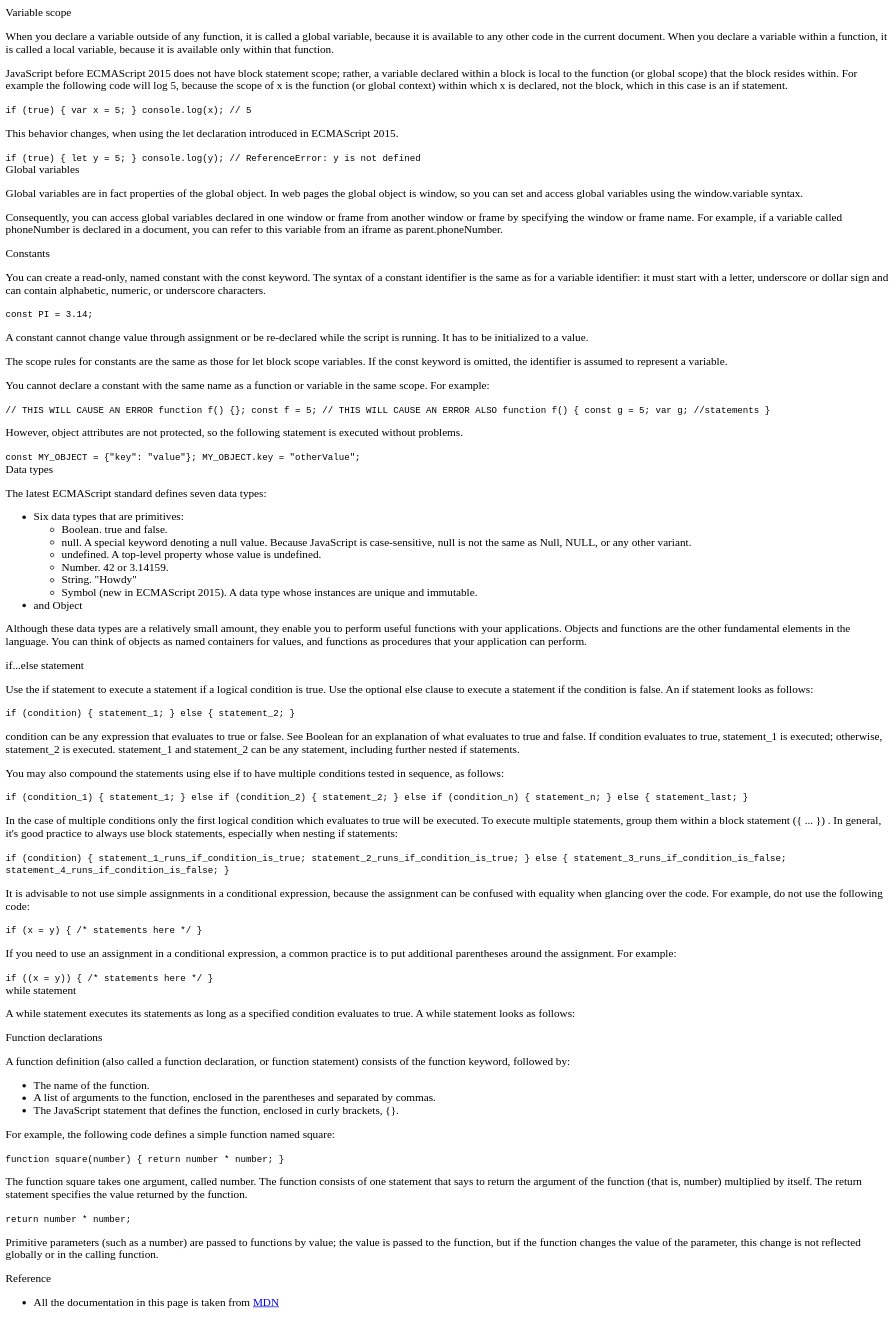
Repository: Lungdjos/technical_document_page_certificate
Page: index.html
An editor plug-in stored every save of this project. The page is shown before and after the next save, followed by the edit.
The browser window is 1280 px wide. The pictures show the part of the page from y = 1528 to 3448 px (the page is 3414 px tall before and 3448 px after), at 70% of full size.

Above is the page before, as saved 2023-11-20 23:00:27.

After the next save:
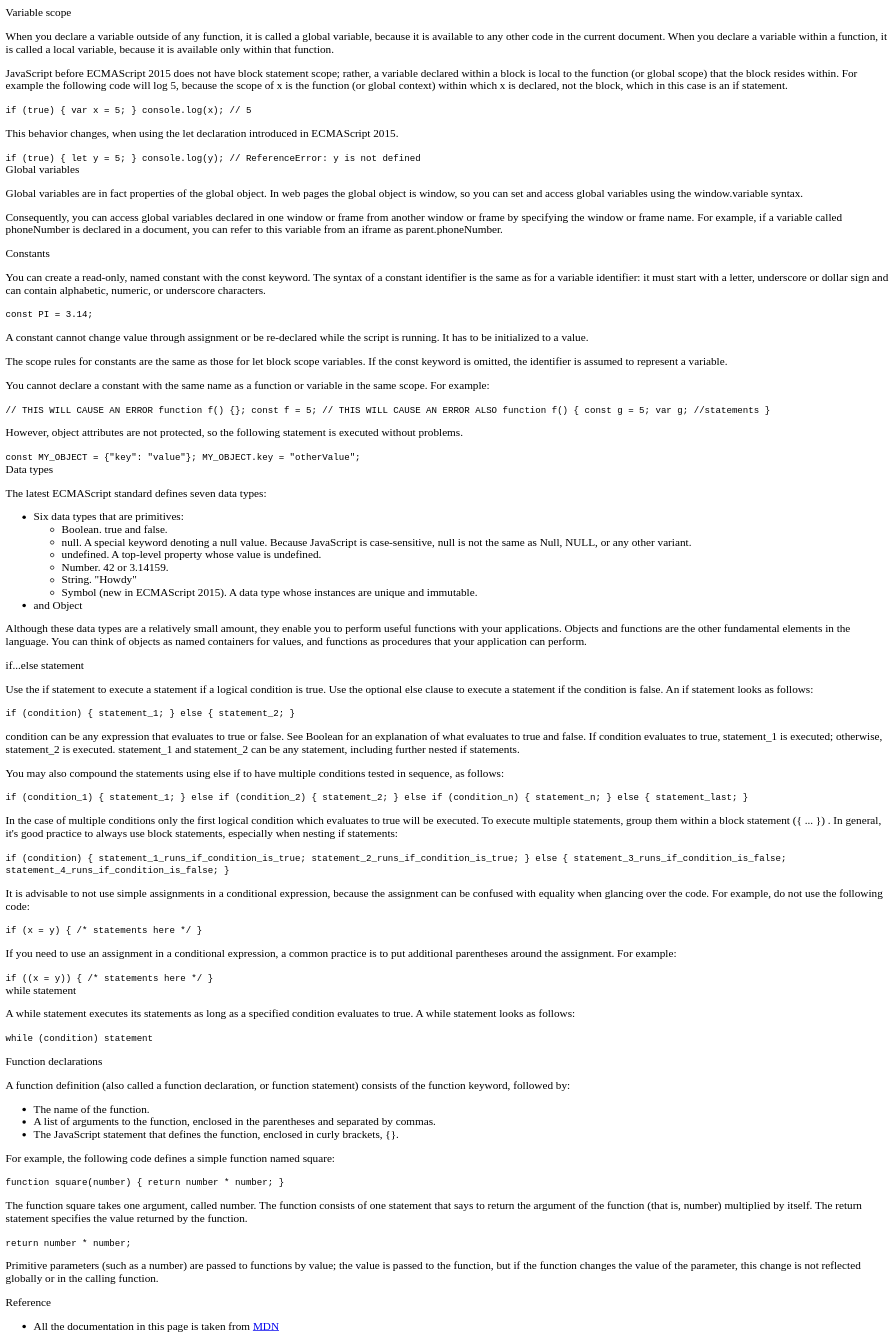
Saved 7 s later.
--- a/index.html
+++ b/index.html
@@ -197,7 +197,7 @@
         <section class="main-section" id="while_statement">
             <header id="">while statement</header>
             <p>A while statement executes its statements as long as a specified condition evaluates to true. A while statement looks as follows:</p>
-            <code></code>
+            <code>while (condition) statement</code>
             <p></p>
             <p></p>
         </section>
